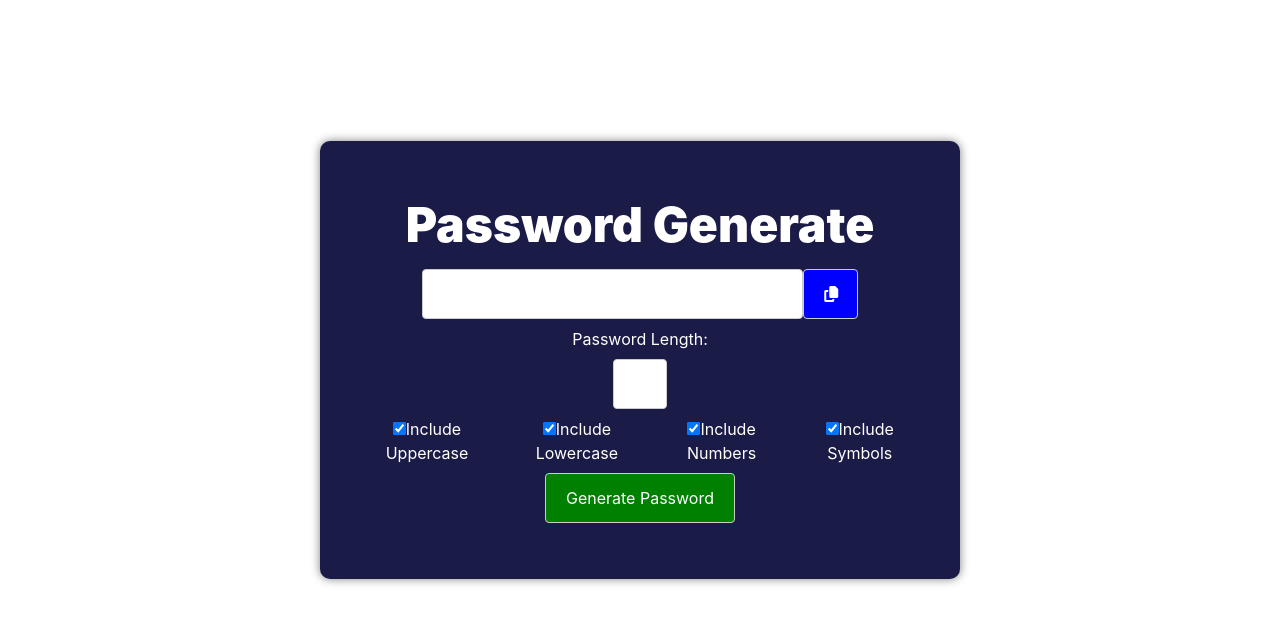
Repository: sriram1224/Password-generator
Page: / (app in password-generator/)
The author's editor kept a copy of each file at every save. The page is drawn from the files as they stood at one save, then again after the next save.
The browser window is 1280 px wide. The pictures show the whole page.
Some web libraries are served in a nearby version. The project was rebuilt for these pictures with package versions that can differ from the ones it lists, and the page was loaded fresh each time.

Above is the page before, as saved 2024-03-10 21:57:35.

After the next save:
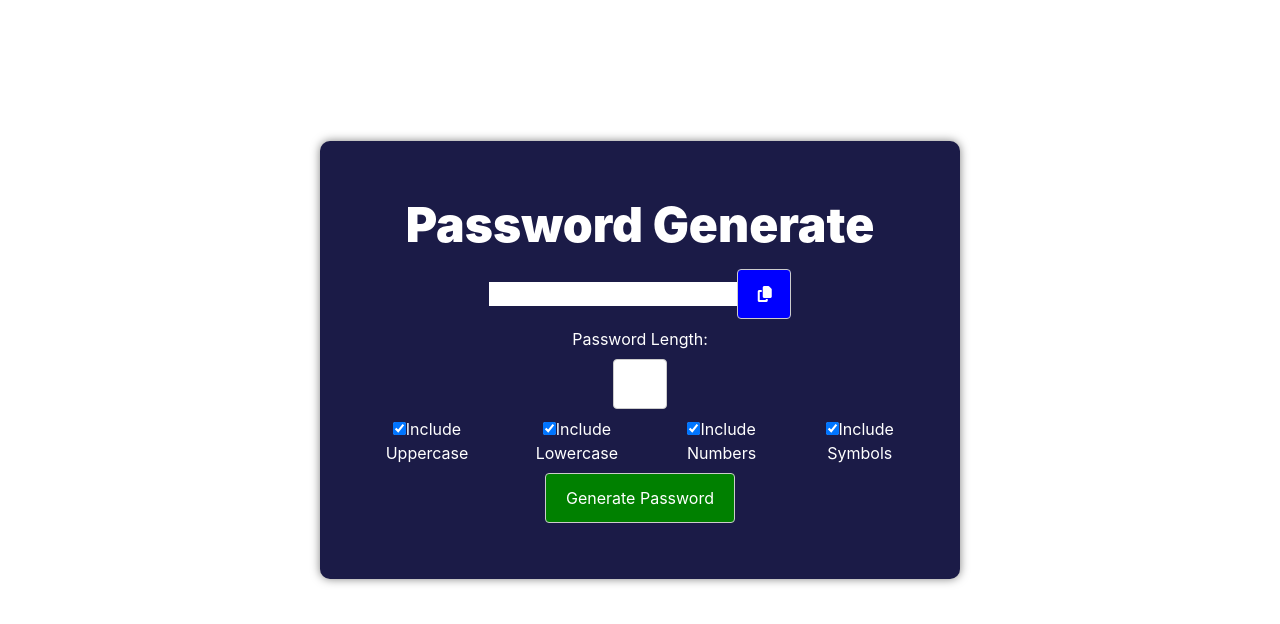
Saved 2 min 36 s later.
--- a/password-generator/src/Components/content.css
+++ b/password-generator/src/Components/content.css
@@ -1,3 +1,5 @@
+
+@import url('https://fonts.googleapis.com/css2?family=Noto+Sans:ital,wght@0,100..900;1,100..900&family=Nunito:ital,wght@0,200..1000;1,200..1000&family=Protest+Revolution&display=swap')
 .text-input{
     width: 70%;
     padding: 12px 20px;
